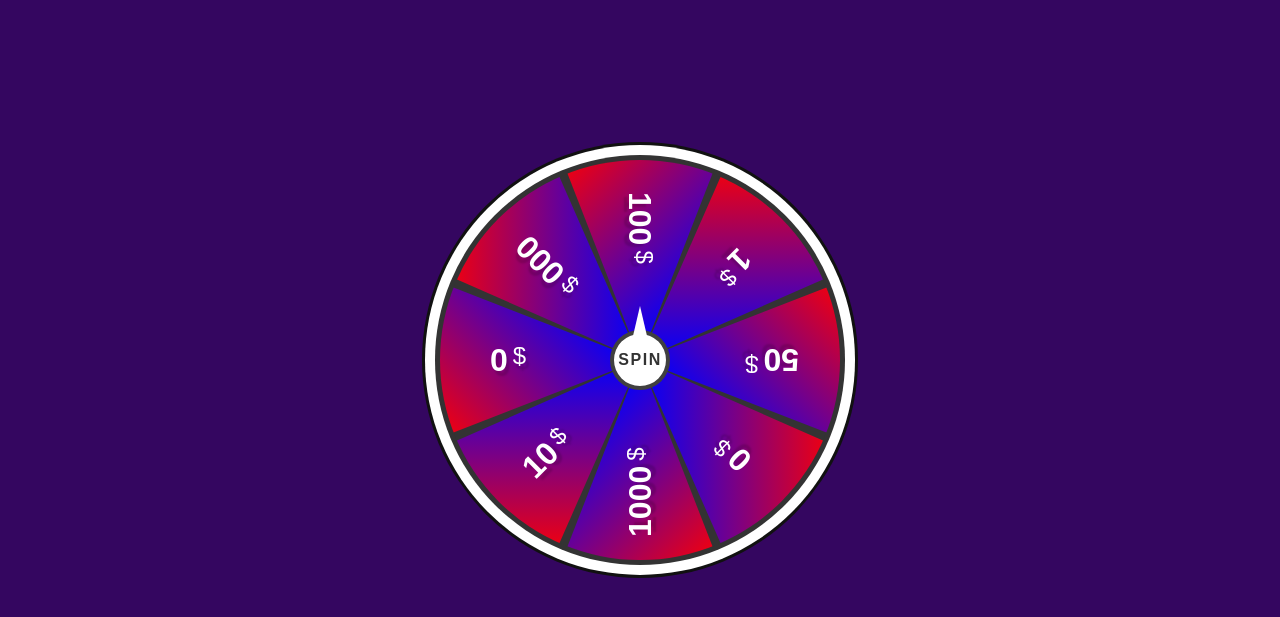
Repository: Jacques-Jaki-Morkel/FundedMarketplace_WheelofFortune
Page: index.html
These files come from the project's save history. The page is drawn as it stood at one moment and after the next save; the edit follows.
The browser window is 1280 px wide. The pictures show the whole page.

Above is the page before, as saved 2025-08-14 11:44:01.

After the next save:
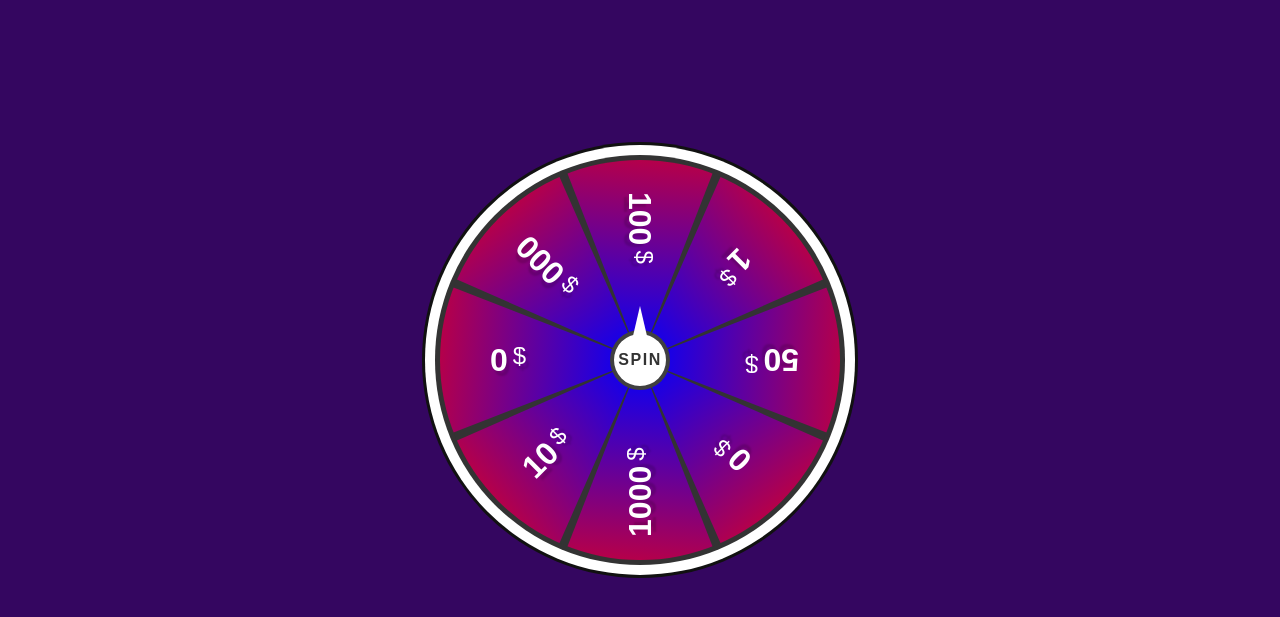
Saved 2 min 46 s later.
--- a/styles.css
+++ b/styles.css
@@ -70,7 +70,7 @@ body {
     width: 50%;
     height: 50%;
     background: var(--clr);
-    --angle: 90deg;
+    --angle: 140deg;
     transform-origin: bottom right;
     transform: rotate(calc(45deg * var(--i)));
     clip-path: polygon(0 0, 56% 0, 100% 100%, 0 56%);
